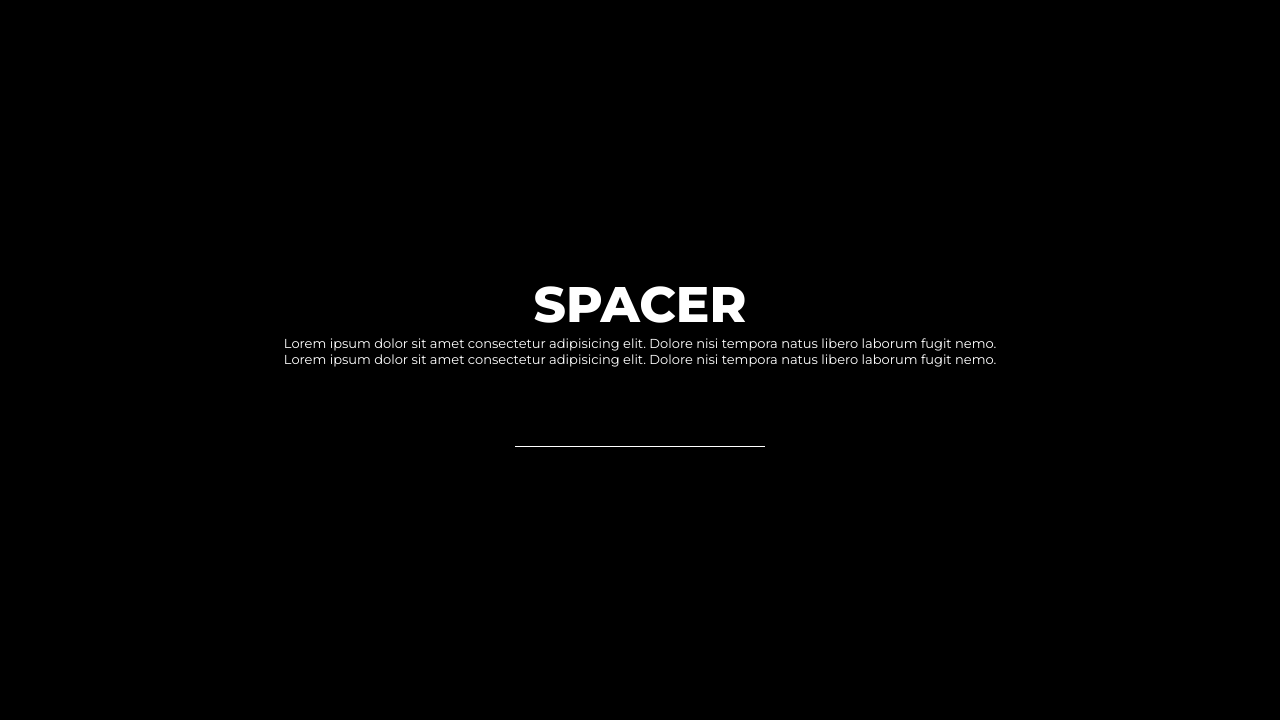
Repository: Trelefele/spacer-roman
Page: /
An editor plug-in stored every save of this project. The page is shown before and after the next save, followed by the edit.
The browser window is 1280 px wide. The pictures show the whole page.
The project was rebuilt for these pictures with package versions that can differ from the ones it lists, and the page was loaded fresh each time.

Above is the page before, as saved 2019-02-05 19:32:49.

After the next save:
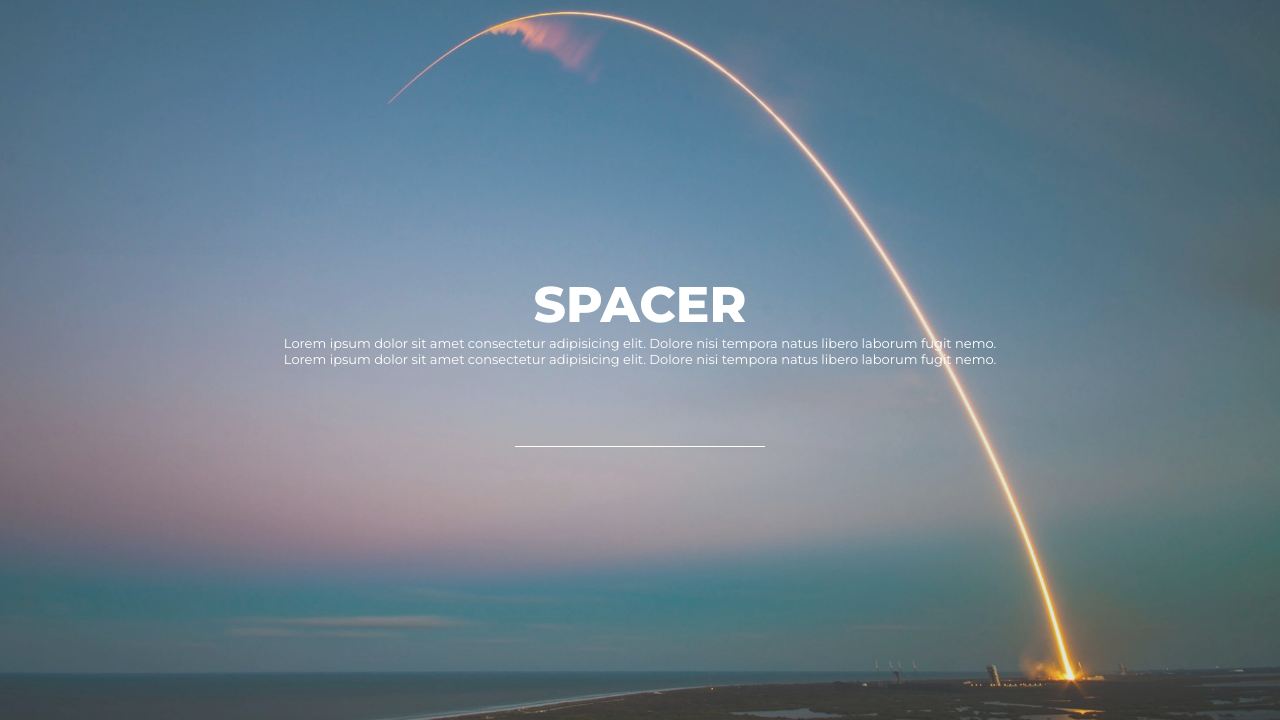
Saved 20 s later.
--- a/src/components/HeroImage.vue
+++ b/src/components/HeroImage.vue
@@ -23,6 +23,7 @@ export default {
 .heroImage::after {
     content: 'Blalalalala';
     background: black;
+    opacity: 0.1;
     position: absolute;
     top: 0;
     left: 0;
